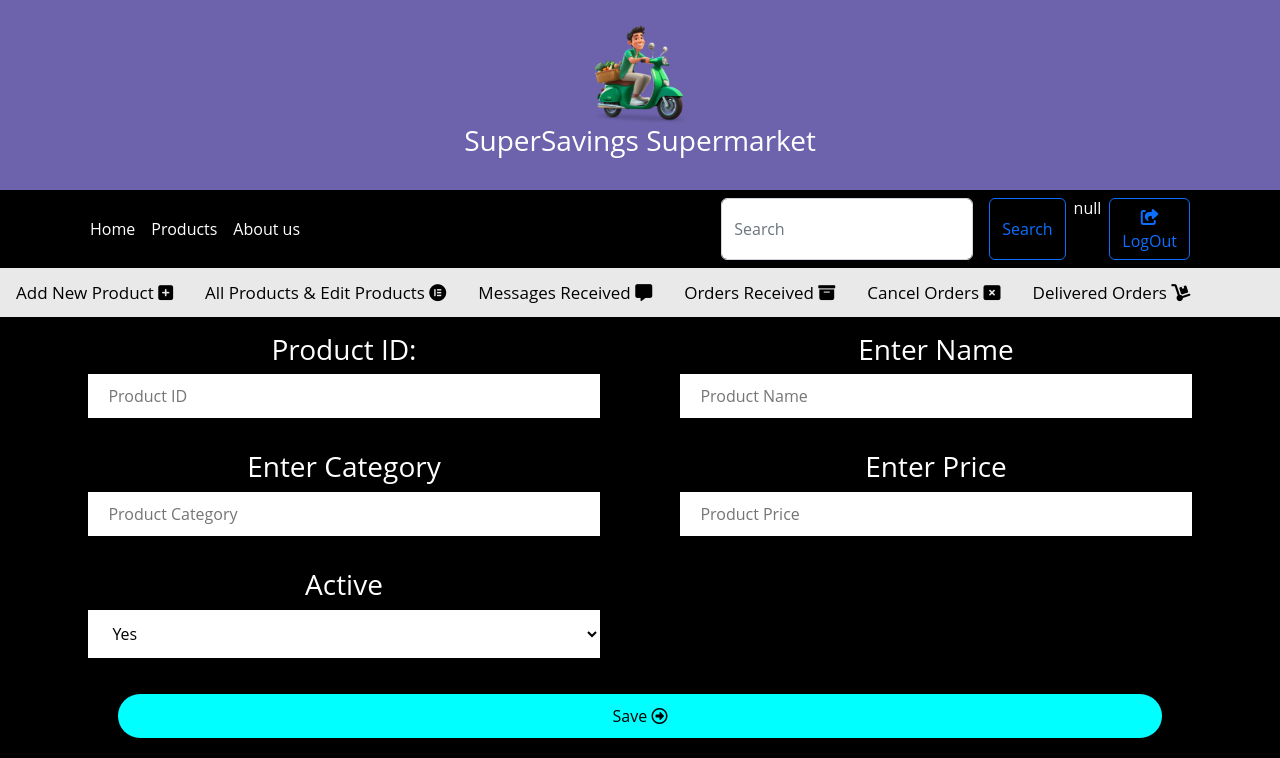
Repository: Raviraj39/SuperSaving-Online-Supermarket-Website
Page: http://localhost/Super_market/AddNewProduct.jsp
These files come from the project's save history. The page is drawn as it stood at one moment and after the next save; the edit follows.
The browser window is 1280 px wide. The pictures show the whole page.
The page is served by Tomcat 9.

Above is the page before, as saved 2023-12-26 10:29:09.

After the next save:
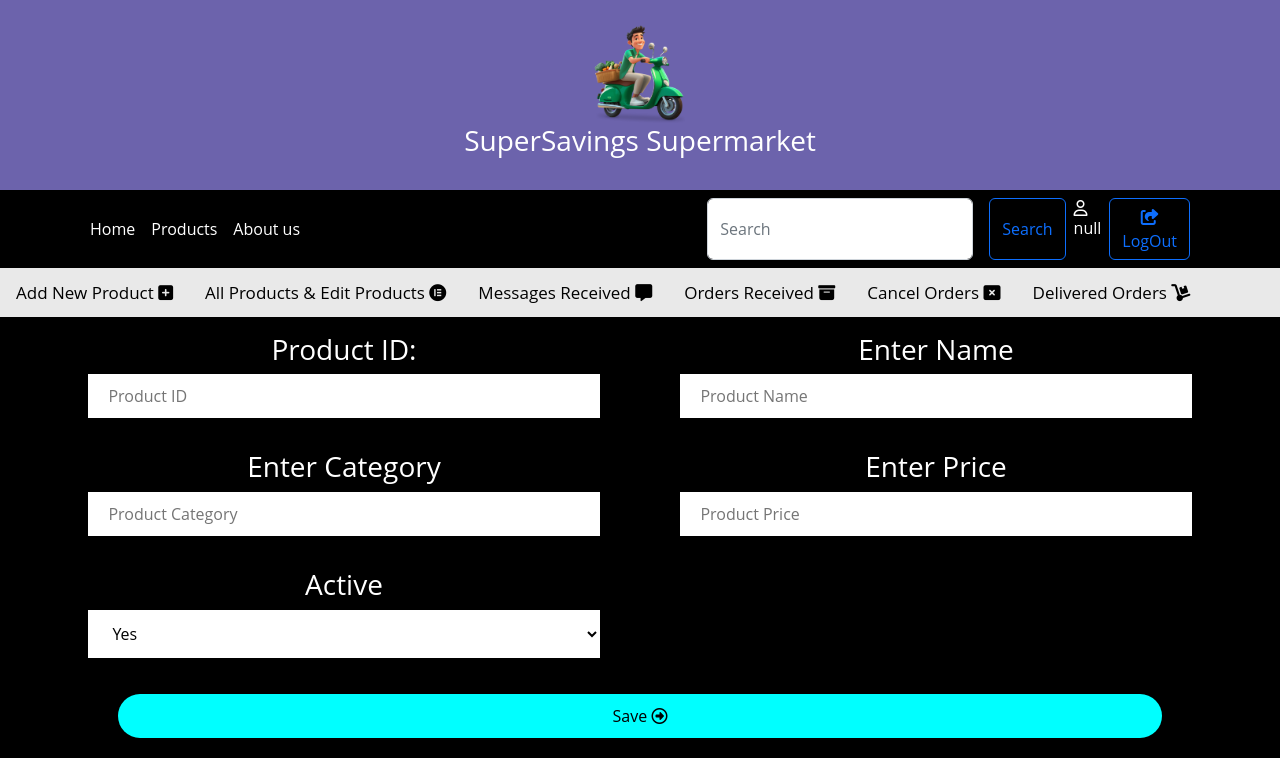
Saved 20 s later.
--- a/Super_market/src/main/webapp/AdminHome.jsp
+++ b/Super_market/src/main/webapp/AdminHome.jsp
@@ -40,7 +40,7 @@
 				<form class="d-flex" role="search">
 					<input class="form-control me-2" type="search" placeholder="Search" aria-label="Search">
 					<button class="btn btn-outline-primary mx-2" type="submit">Search</button>
-					<p><%= session.getAttribute("username") %></p>
+					<p><i class="fa-regular fa-user"></i><%= session.getAttribute("username") %></p>
 					<a href="logout" class="btn btn-outline-primary mx-2"> <i class='fas fa-share-square'></i>LogOut  </a>
 				</form>
 			</div>
